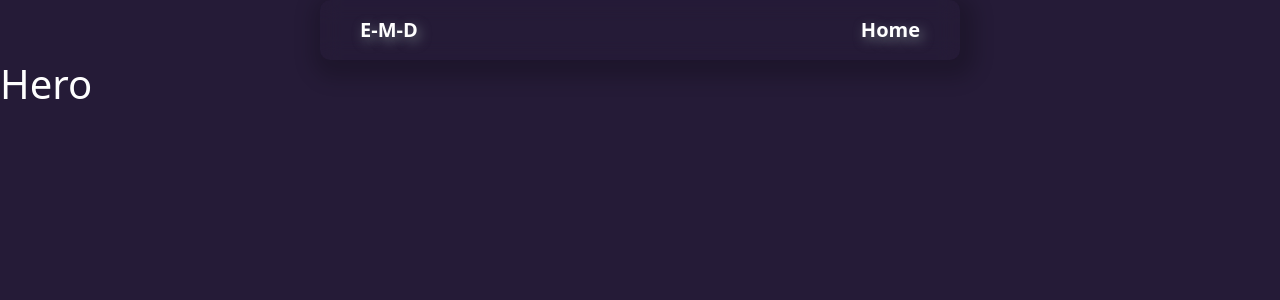
Repository: iamevs/Employee-Management-System
Page: / (app in client/)
The author's editor kept a copy of each file at every save. The page is drawn from the files as they stood at one save, then again after the next save.
The browser window is 1280 px wide. The pictures show the whole page.
The project was rebuilt for these pictures with package versions that can differ from the ones it lists, and the page was loaded fresh each time. Also part of the build but not shown: client/vite.config.js, client/src/App.css, client/src/components/Home.jsx, client/src/components/Register.jsx, client/src/components/Edit.jsx. Imported but missing from the stored project, and not drawn on this page: client/src/components/Details.

Above is the page before, as saved 2022-11-28 23:32:39.

After the next save:
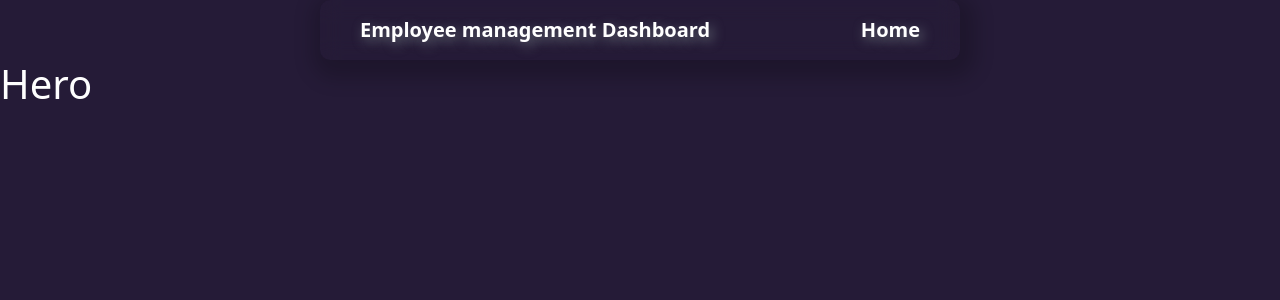
Saved 16 s later.
--- a/client/src/components/Navbar.jsx
+++ b/client/src/components/Navbar.jsx
@@ -21,7 +21,7 @@ const Navbar = () => {
                     fontSize: "20px",
                     textShadow: "3px 4px 12px #6c757d",
                     fontWeight: "bold",
-                }}>E-M-D</Box>
+                }}>Employee management Dashboard</Box>
                 <Box>
                     <a href="/home" style={{
                         color: "white",
